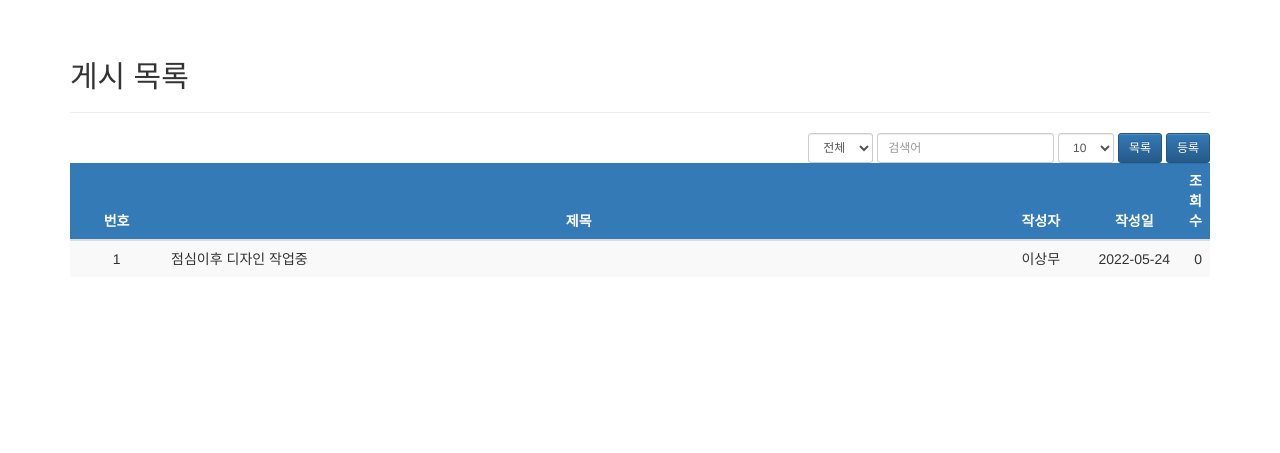
Repository: dongseon-git/WEB_JSP
Page: workspace/studyhtml5/WebContent/bootstrap/boot_list.html
The author's editor kept a copy of each file at every save. The page is drawn from the files as they stood at one save, then again after the next save.
The browser window is 1280 px wide. The pictures show the whole page.

Above is the page before, as saved 2022-05-24 06:29:20.

After the next save:
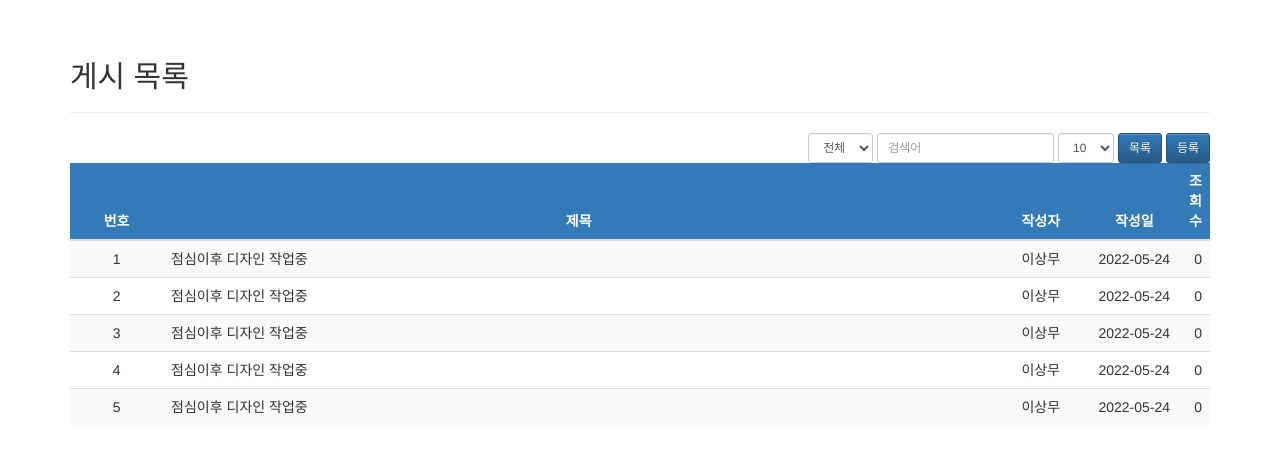
Saved 41 s later.
--- a/workspace/studyhtml5/WebContent/bootstrap/boot_list.html
+++ b/workspace/studyhtml5/WebContent/bootstrap/boot_list.html
@@ -74,6 +74,34 @@
     <td class="text-center col-sm-2 col-md-2 col-lg-1">2022-05-24</td>
     <td class="text-right col-sm-1 col-md-1 col-lg-1">0</td>
     </tr>
+    <tr>
+    <td class="text-center col-sm-1 col-md-1 col-lg-1">2</td>
+    <td class="text-left col-sm-6 col-md-6 col-lg-9">점심이후 디자인 작업중</td>
+    <td class="text-center col-sm-2 col-md-2 col-lg-1">이상무</td>
+    <td class="text-center col-sm-2 col-md-2 col-lg-1">2022-05-24</td>
+    <td class="text-right col-sm-1 col-md-1 col-lg-1">0</td>
+    </tr>
+    <tr>
+    <td class="text-center col-sm-1 col-md-1 col-lg-1">3</td>
+    <td class="text-left col-sm-6 col-md-6 col-lg-9">점심이후 디자인 작업중</td>
+    <td class="text-center col-sm-2 col-md-2 col-lg-1">이상무</td>
+    <td class="text-center col-sm-2 col-md-2 col-lg-1">2022-05-24</td>
+    <td class="text-right col-sm-1 col-md-1 col-lg-1">0</td>
+    </tr>
+    <tr>
+    <td class="text-center col-sm-1 col-md-1 col-lg-1">4</td>
+    <td class="text-left col-sm-6 col-md-6 col-lg-9">점심이후 디자인 작업중</td>
+    <td class="text-center col-sm-2 col-md-2 col-lg-1">이상무</td>
+    <td class="text-center col-sm-2 col-md-2 col-lg-1">2022-05-24</td>
+    <td class="text-right col-sm-1 col-md-1 col-lg-1">0</td>
+    </tr>
+    <tr>
+    <td class="text-center col-sm-1 col-md-1 col-lg-1">5</td>
+    <td class="text-left col-sm-6 col-md-6 col-lg-9">점심이후 디자인 작업중</td>
+    <td class="text-center col-sm-2 col-md-2 col-lg-1">이상무</td>
+    <td class="text-center col-sm-2 col-md-2 col-lg-1">2022-05-24</td>
+    <td class="text-right col-sm-1 col-md-1 col-lg-1">0</td>
+    </tr>
 
 
 
